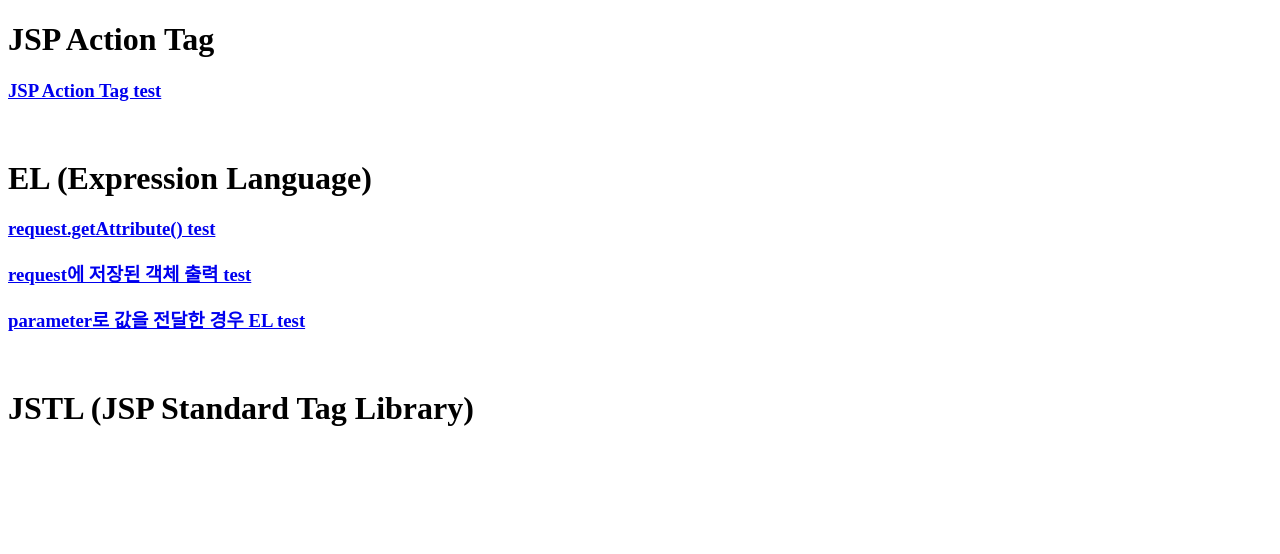
Repository: sonchanmi/JSP
Page: http://localhost/chap02-el-jstl/
An editor plug-in stored every save of this project. The page is shown before and after the next save, followed by the edit.
The browser window is 1280 px wide. The pictures show the whole page.
The page is served by Tomcat 10. Other server files are loaded and not shown.

Above is the page before, as saved 2024-06-10 07:54:45.

### chap02-el-jstl/src/main/webapp/index.jsp
<%@ page language="java" contentType="text/html; charset=UTF-8"
    pageEncoding="UTF-8"%>
<!DOCTYPE html>
<html>
<head>
<meta charset="UTF-8">
<title>EL & JSTL</title>
</head>
<body>
  <h1>JSP Action Tag</h1>
  <h3><a href="views/action/testAction.jsp">JSP Action Tag test</a></h3>

  <br>

  <h1>EL (Expression Language)</h1>
  <h3><a href="test1">request.getAttribute() test</a></h3>
  <h3><a href="test2">request에 저장된 객체 출력 test</a></h3>
  <h3><a href="test2">parameter로 값을 전달한 경우 EL test</a></h3>
  <br>

  <h1>JSTL (JSP Standard Tag Library)</h1>
</body>
</html>

After the next save:
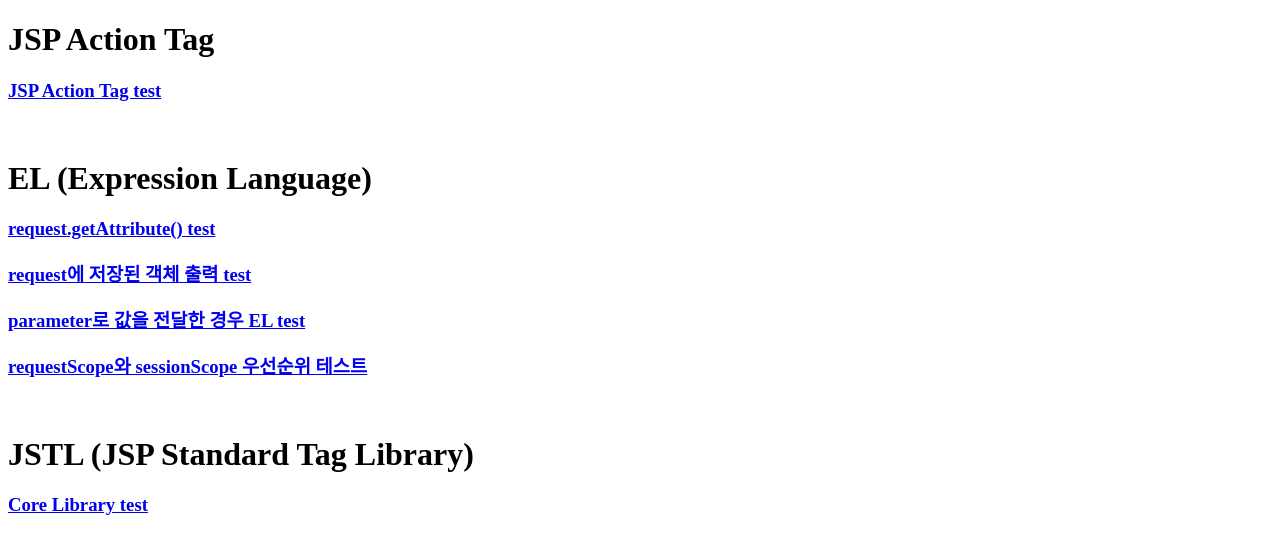
Saved 8 s later.
--- a/chap02-el-jstl/src/main/webapp/index.jsp
+++ b/chap02-el-jstl/src/main/webapp/index.jsp
@@ -15,9 +15,11 @@
   <h1>EL (Expression Language)</h1>
   <h3><a href="test1">request.getAttribute() test</a></h3>
   <h3><a href="test2">request에 저장된 객체 출력 test</a></h3>
-  <h3><a href="test2">parameter로 값을 전달한 경우 EL test</a></h3>
+  <h3><a href="view/el/test3.jsp?name=iphone&price=100&no=5&no=6&option=apple">parameter로 값을 전달한 경우 EL test</a></h3>
+   <h3><a href="test4">requestScope와 sessionScope 우선순위 테스트</a></h3>
   <br>
 
   <h1>JSTL (JSP Standard Tag Library)</h1>
+  <h3><a href="views/jusl/testjstlCore.jsp">Core Library test</h3>
 </body>
 </html>
